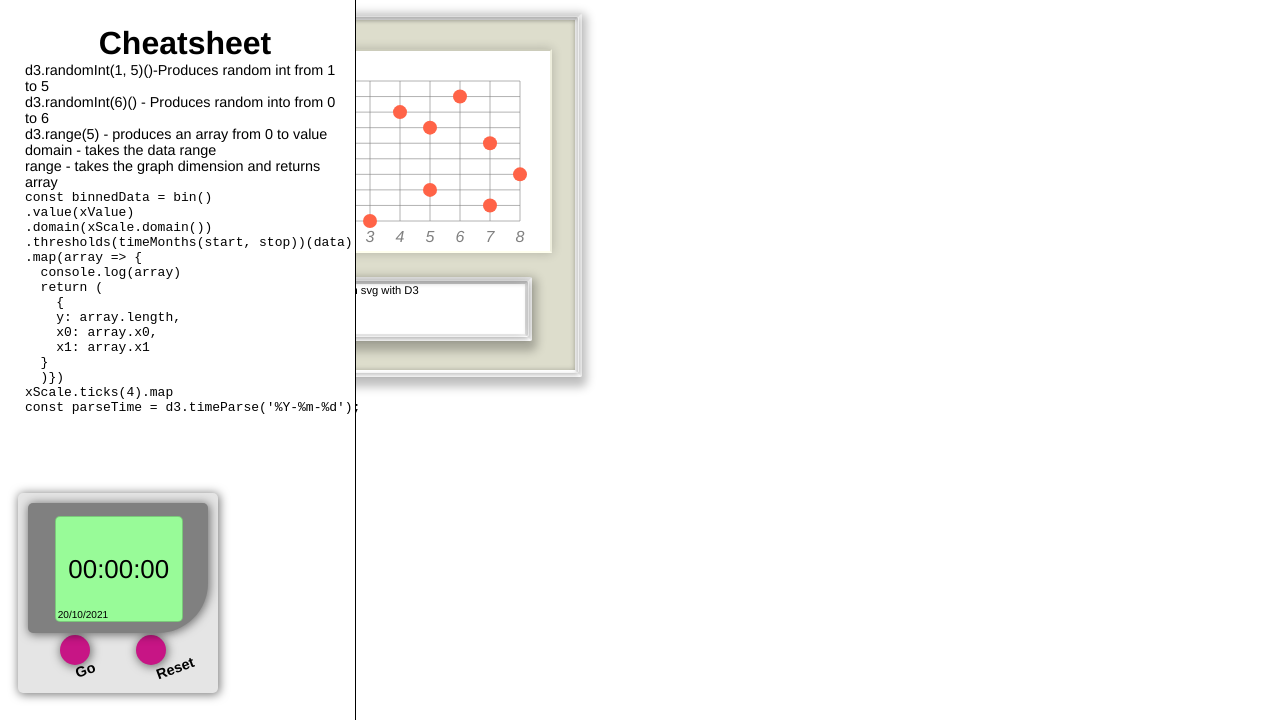
Repository: Lewisjohnward/100-days-of-d3
Page: /
The author's editor kept a copy of each file at every save. The page is drawn from the files as they stood at one save, then again after the next save.
The browser window is 1280 px wide. The pictures show the whole page.
The page's requests for data from a server got no answer. An inner scrolling area shows only its first screen. The project was rebuilt for these pictures with package versions that can differ from the ones it lists, and the page was loaded fresh each time. No one was signed in, and anything a server would have sent is missing. Also part of the build but not shown: src/charts/chart2/useGetData.js, src/charts/chart2/styles.js, src/charts/chart2/Chart.js, src/charts/chart3/useGetData.js, src/charts/chart3/styles.js, src/charts/chart3/Chart.js, src/charts/chart4/useGetData.js, src/charts/chart4/styles.js and 4 more.

Above is the page before, as saved 2021-10-20 15:31:29.

After the next save:
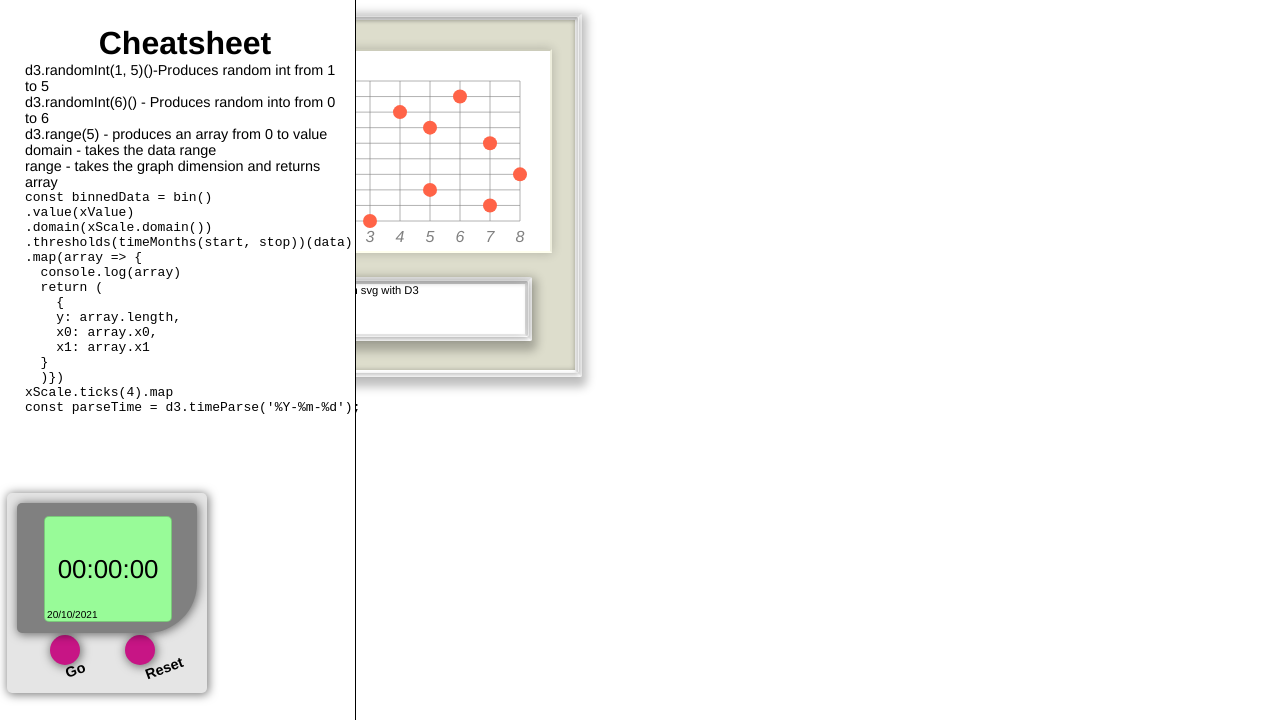
Saved 5 s later.
--- a/src/components/Timer.js
+++ b/src/components/Timer.js
@@ -4,7 +4,7 @@ import styled, { keyframes } from "styled-components";
 const Icon = styled.div`
   position: absolute;
   bottom: 10%;
-  left: 5%;
+  left: 2%;
   height: 200px;
   width: 200px;
   padding: 0px;
